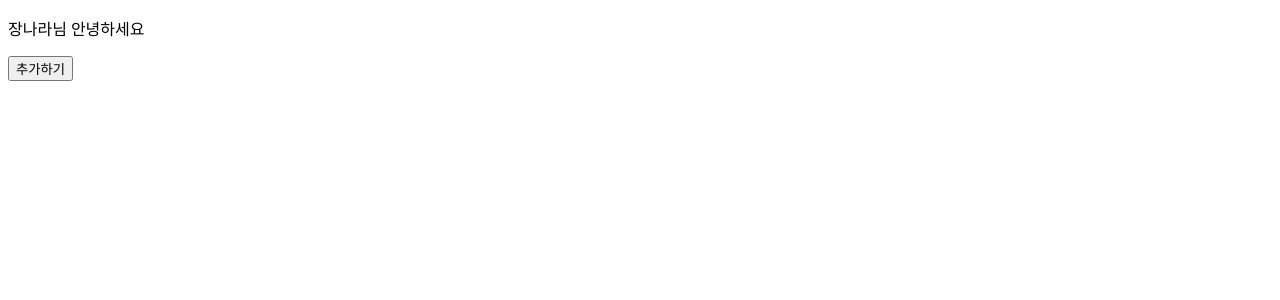
Repository: qkr5318/JSP_STUDY
Page: SIXTH_JSP/WebContent/study01/jQuery3.html
These files come from the project's save history. The page is drawn as it stood at one moment and after the next save; the edit follows.
The browser window is 1280 px wide. The pictures show the whole page.
After loading, the first visible `input` was clicked once.

Above is the page before, as saved 2023-01-06 05:53:07.

After the next save:
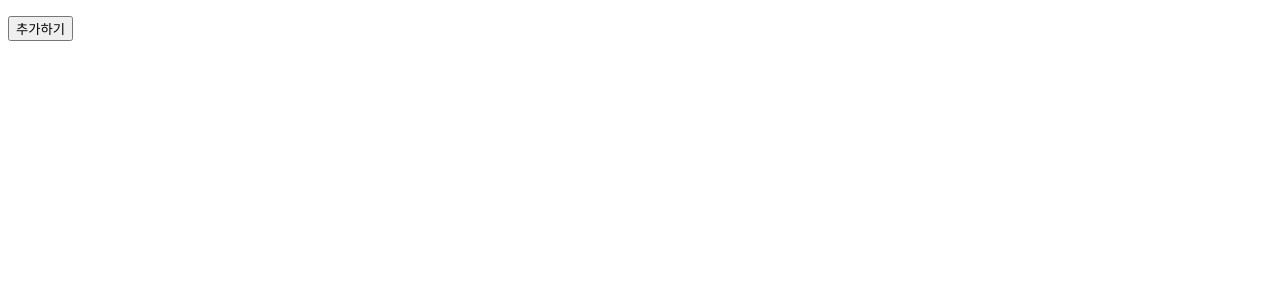
Console error: ReferenceError: addHtml is not defined
Saved 2 min 13 s later.
--- a/SIXTH_JSP/WebContent/study01/jQuery3.html
+++ b/SIXTH_JSP/WebContent/study01/jQuery3.html
@@ -8,14 +8,14 @@
           여기서는 CDN 연계 방식으로 활용합니다. -->
 <script  src="http://code.jquery.com/jquery-latest.min.js"></script>
 
-<!-- 제이쿼리의 id 선택자를 이용해서, 해당 id를 가지는 p태그(요소 또는 엘리먼트)에 접근하여
-	동적으로 텍스트를 추가하는 jQuery2.html을 작성해 봅니다. -->
+<!-- 제이쿼리의 class 선택자를 이용해서, div 태그에 접근하는 기능을 구현해 봅니다.
+	버튼을 클릭하면 함수에서 제이쿼리의 클래스 선택자를 사용해서 class1 클래스 이름을 갖고 있는
+	div 태그에 접근하여 이미지를 나타냅니다. -->
 
 <script type="text/javascript">
 // document에 DOM(Document Object Model)이 로드되는 이벤트 처리 함수 정의
-	function addHtml(){
-		// 제이쿼리로 id가 article인 태그를 찾아서
-		// html() 메서드의 인자 값을 태그에 설정합니다.
+	function addImage(){
+		//버튼 클릭시 클래스 이름이 class1인 태그를 찾아서 img 태그를 추가합니다.
 		$("#article").html('장나라님 안녕하세요' + '<br>');
 
 }
